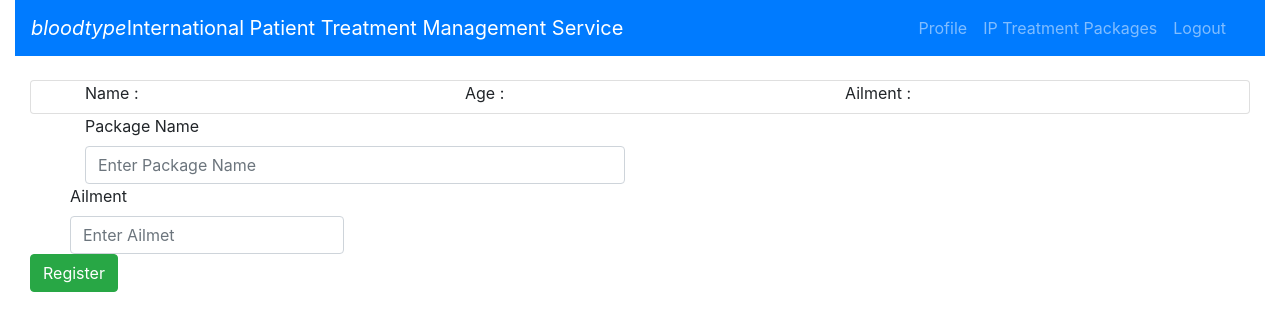
Repository: Vineet2408/POD-Cognizant
Page: http://localhost/iptms-UIportal/WEB-INF/view/IPTreatmentPackagesServices.jsp
The author's editor kept a copy of each file at every save. The page is drawn from the files as they stood at one save, then again after the next save.
The browser window is 1280 px wide. The pictures show the whole page.
The page is served by Tomcat 9. Nobody is signed in. Other server files are loaded and not shown. The template is opened directly, without the code that normally fills it, so the values that code supplies are empty.

Above is the page before, as saved 2021-03-07 15:54:49.

### iptms-UIportal/src/main/webapp/WEB-INF/view/IPTreatmentPackagesServices.jsp
<%@ page language="java" contentType="text/html; charset=ISO-8859-1"
    pageEncoding="ISO-8859-1"
    isELIgnored="false"
    %>
     <%@ taglib prefix="fmt" uri="http://java.sun.com/jsp/jstl/fmt"%>
	<%@ taglib prefix="c" uri="http://java.sun.com/jsp/jstl/core"%>
<html>
<head>
<%@ include file="headlink.jsp"%>
<title></title>
</head>
<body>

 	<div class="container-fluid">
		<%@ include file="patientheader.jsp"%>
		<br>
		<!-- header............................................................................................. -->
	<div class="container-fluid">
		<div class="card">
			<div class="container">
				<div class="row">

					<div class="col-md-4">
						<label>Name : </label>${user.name}
					</div>
					<div class="col-md-4">
						<label>Age : </label>${user.age}
					</div>
					<div class="col-md-4">
						<label>Ailment : </label>${user.ailment}
					</div>
				</div>
			</div>
		</div>
	</div>
	<div class="container-fluid">
		<form action="/searchPackage">
			<div class="container">
				<div class="row">
					<div class="col-md-6">
						<div>
							<label for="packageName">Package Name</label>
							<input type="text" class="form-control" id="packageName" name="packageName" placeholder="Enter Package Name">
						</div>
					</div>
					<div class="col-md-5">
					</div>
						<div>
							<label for="ailmet">Ailment</label>
							<input type="number" class="form-control" id="ailmet" name="ailmet" placeholder="Enter Ailmet">
						</div>
					</div>
			</div>
			<button type="submit" class="btn btn-success">Register </button>
		</form>
	</div>
	<div class="container-fluid">

    <div class="row">
        <!--start loop here-->
        <c:forEach var="iptreatmentPackage" items="${iptreatmentPackageList}">
        <div class="col-md-3 col-lg-3 col-sm-3">

            <div class="card">
                <div class="row">
                    <div class="col bg-danger"><label>${iptreatmentPackage.ailmentCategory}</label></div>
                </div>
                <img class="card-img-top"
                src="https://images.unsplash.com/photo-1597764690523-15bea4c581c9?ixlib=rb-1.2.1&ixid=MXwxMjA3fDB8MHxwaG90by1wYWdlfHx8fGVufDB8fHw%3D&auto=format&fit=crop&w=750&q=80" alt="Sandwich">

                    <div class="container">
                        <div class="row">
                            <div class="col text-left">
                                <label  name="Name" >${iptreatmentPackage.packageDetail.treatmentPackageName}</label>
                            </div>
                            <div class="col text-right">
                                <label class="card-text" name="Cost">${iptreatmentPackage.packageDetail.cost}</label>
                            </div>

                        </div>
                        <div class="row">
                            <div class="col text-left">
                                <span class="badge badge-success" name="Detail" id="Package-Details">Test Detail</span>
                                <label class="text-danger" name="Category">${iptreatmentPackage.packageDetail.testDetails}</label>
                            </div>
                            <div class="col text-right" id="Sandwich-delivery">
                                <label> </label>
                            </div>
                        </div>
                        <div class="row">
                            <div class="col text-left text-muted">
                                <i class="material-icons" id="schedule-icon">schedule</i><label>Treatment Duration</label><br>
                            </div>
                            <div class="col text-right">
                                <label>${iptreatmentPackage.packageDetail.treatmentDuration}</label>
                            </div>

                        </div>
                        <div class="row justify-content-center">
                            <div></div>
                            <div class="col-12 justify-content-center">

                                    <a href="/patient/getTreatment/?id=${iptreatmentPackage.id}" class=" btn btn-primary" name="Edit"><i class="material-icons">queue</i>Get Treatment</a>
                                </div>
                            </div>
                        </div>
                    </div>
            </div>
             </c:forEach>
            <!--end loop here-->
        </div>
	</div>


	</div>

</body>
</html>

### iptms-UIportal/src/main/webapp/WEB-INF/view/headlink.jsp
<!-- Latest compiled and minified CSS -->
<link rel="stylesheet"
	href="https://maxcdn.bootstrapcdn.com/bootstrap/4.4.1/css/bootstrap.min.css">
      <link rel="stylesheet" href="https://stackpath.bootstrapcdn.com/bootstrap/4.3.1/css/bootstrap.min.css"
        integrity="sha384-ggOyR0iXCbMQv3Xipma34MD+dH/1fQ784/j6cY/iJTQUOhcWr7x9JvoRxT2MZw1T" crossorigin="anonymous">
        <link href="https://fonts.googleapis.com/icon?family=Material+Icons" rel="stylesheet">
<!-- jQuery library -->
<script
	src="https://ajax.googleapis.com/ajax/libs/jquery/3.4.1/jquery.min.js"></script>

<!-- Popper JS -->
<script
	src="https://cdnjs.cloudflare.com/ajax/libs/popper.js/1.16.0/umd/popper.min.js"></script>

<!-- Latest compiled JavaScript -->
<script
	src="https://maxcdn.bootstrapcdn.com/bootstrap/4.4.1/js/bootstrap.min.js"></script>
<meta http-equiv="Content-Type" content="text/html; charset=ISO-8859-1">

### iptms-UIportal/src/main/webapp/WEB-INF/view/patientheader.jsp
<%@ page language="java" contentType="text/html; charset=ISO-8859-1"
    pageEncoding="ISO-8859-1"%>
<!DOCTYPE html>
<html>
<head>
	<%@ include file="headlink.jsp"%>

</head>
<body>
	<header>
	    <div class="jumbotron-fluid bg-danger text-white">
	        <nav class="navbar navbar-expand-md navbar-dark bg-primary text-white justify-content-center" id="navbar" >
	            <a href="IPPackagesview.html" class="navbar-brand"><i class="material-icons">bloodtype</i>International Patient Treatment Management Service</a>
	            <button class="navbar-toggler" data-toggle="collapse" data-target="#truyumbar">
	                <span class="navbar-toggler-icon"></span>
	            </button>
	            <div class="container">
	                <div class="collapse navbar-collapse" id="truyumbar">
	                    <ul class="navbar-nav ml-auto">
	                        <li class="nav-item"><a href="profile.html" class="nav-link">Profile</a></li>

	                        <li class="nav-item"><a href="IPPackagesview.html" class="nav-link">IP Treatment Packages</a></li>
	                        <li class="nav-item"><a href="logout.html" class="nav-link">Logout</a></li>
	                    </ul>
	                </div>
	            </div>
	        </nav>
	     </div>

	</header>
</body>
</html>

After the next save:
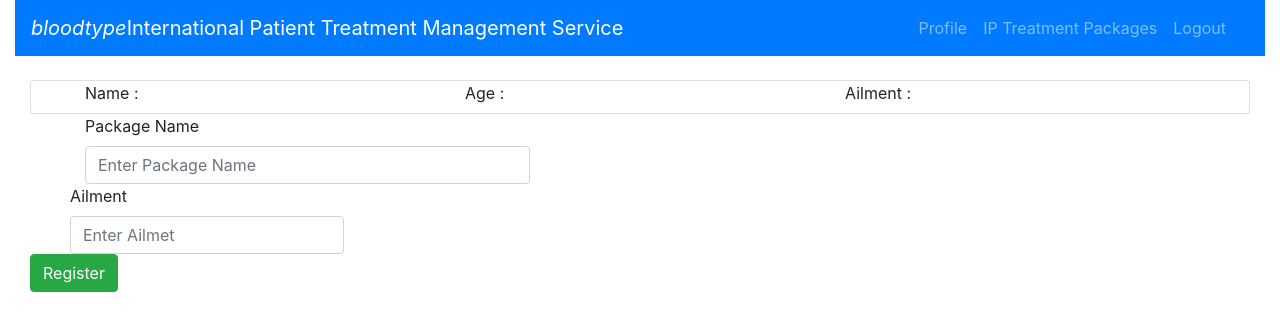
Saved 27 s later.
--- a/iptms-UIportal/src/main/webapp/WEB-INF/view/IPTreatmentPackagesServices.jsp
+++ b/iptms-UIportal/src/main/webapp/WEB-INF/view/IPTreatmentPackagesServices.jsp
@@ -37,7 +37,7 @@
 		<form action="/searchPackage">
 			<div class="container">
 				<div class="row">
-					<div class="col-md-6">
+					<div class="col-md-5">
 						<div>
 							<label for="packageName">Package Name</label>
 							<input type="text" class="form-control" id="packageName" name="packageName" placeholder="Enter Package Name">
